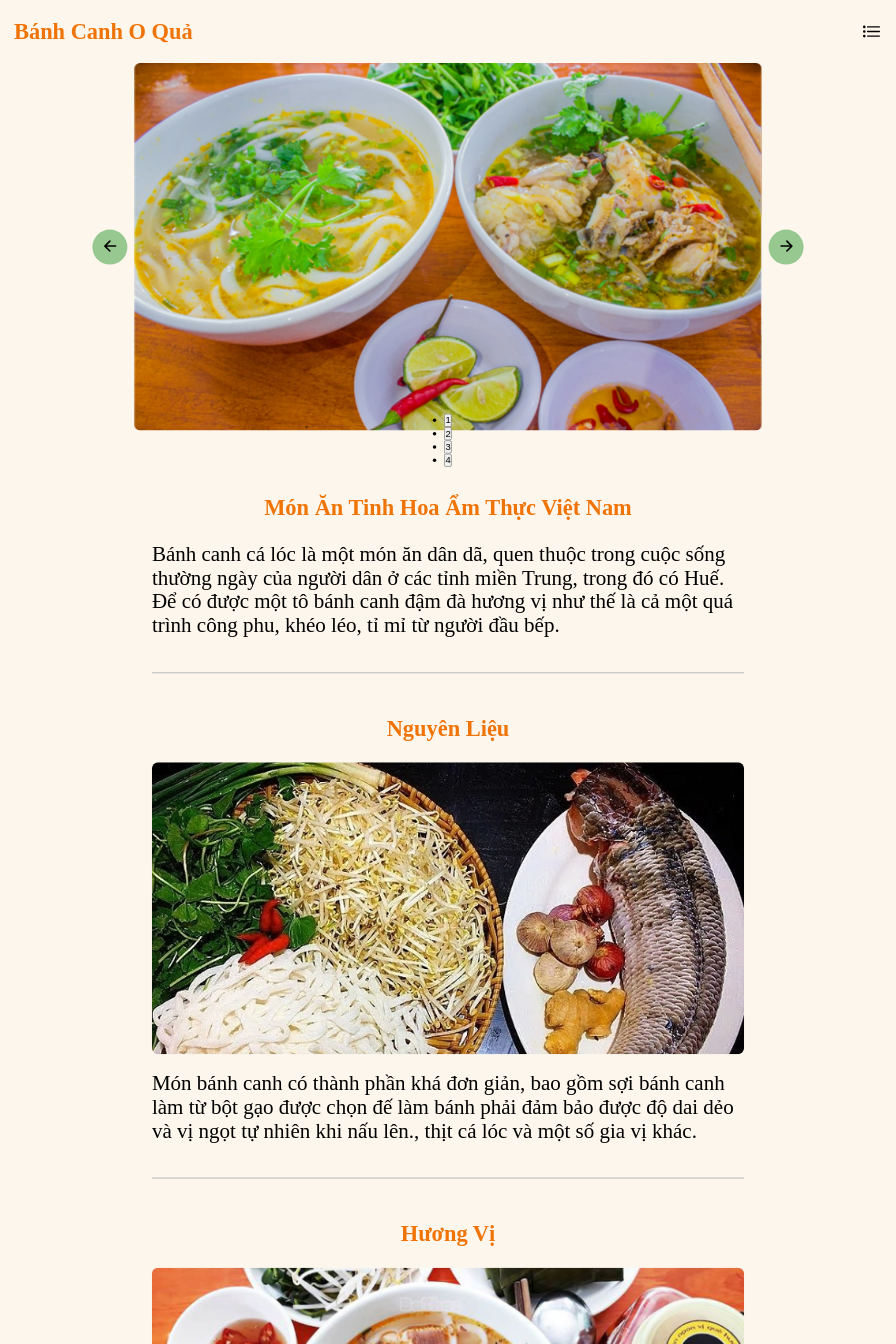
Repository: LeCongTuan2608/AmThuc
Page: index.html
An editor plug-in stored every save of this project. The page is shown before and after a run of saves, followed by the edit.
The browser window is 1280 px wide. The pictures show the part of the page from y = 0 to 1920 px (the page is 3454 px tall), at 70% of full size.
Some web fonts or font styles are not loaded; a fallback is used. Some web libraries are served in a nearby version. The style sheet was rebuilt from its Sass, Less or Tailwind sources for each picture, by a compiler version that may differ from the author's.

Above is the page before, as saved 2022-04-15 14:02:48.

After the next 2 saves:
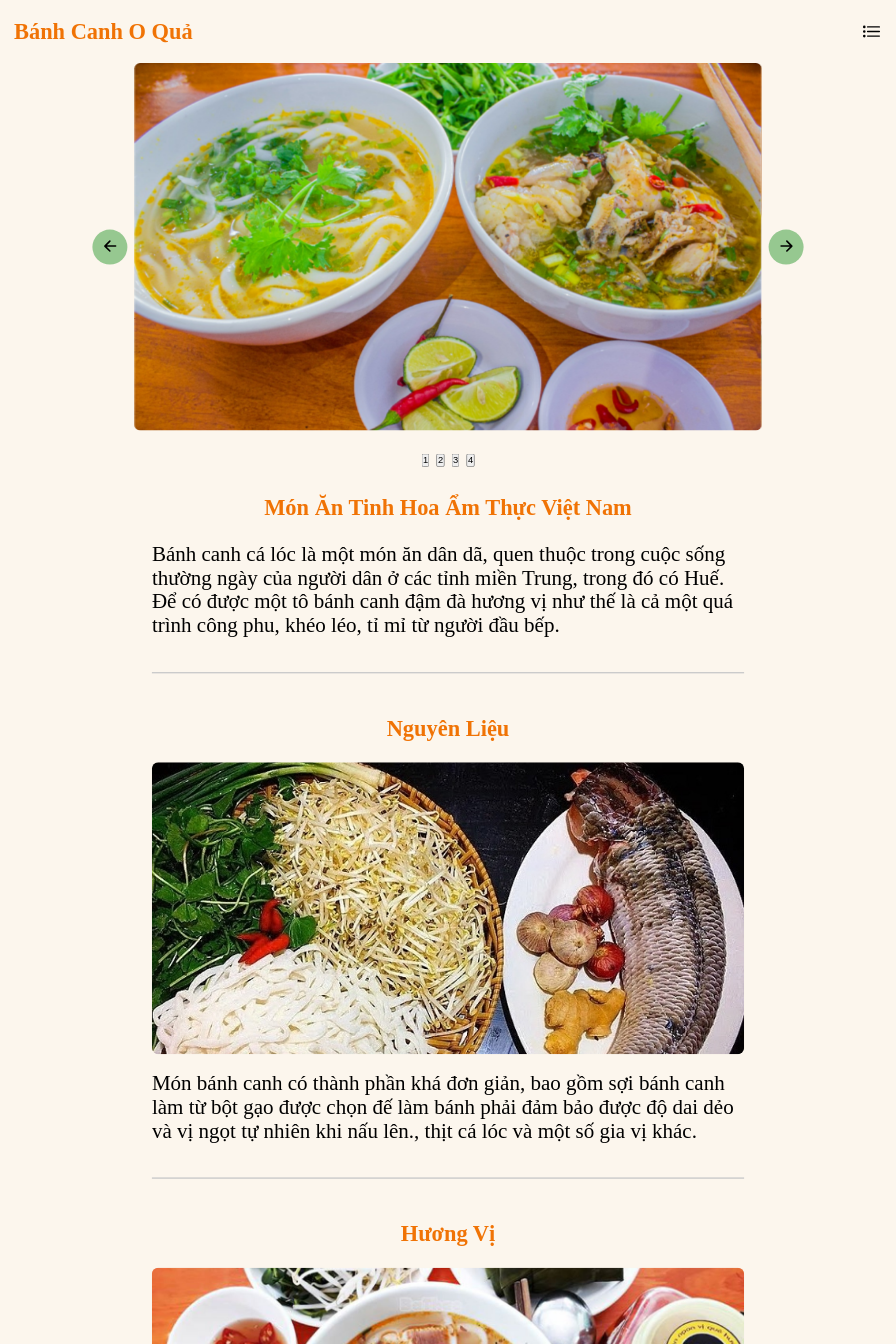
The 2 saves are shown as one change because they came seconds apart.
The last was saved 21 s later.
--- a/sass/index.scss
+++ b/sass/index.scss
@@ -87,12 +87,12 @@
     bottom: 0;
     left: 50%;
     transform:  translate(-50%,50px);
-    // display: flex !important;
+    display: flex !important;
     align-items: center;
     justify-content: center;
     gap: 0 10px;
 }
-.slick-dots ul li{
+.slick-dots li{
     list-style-type: none;
 }
 #contents{
